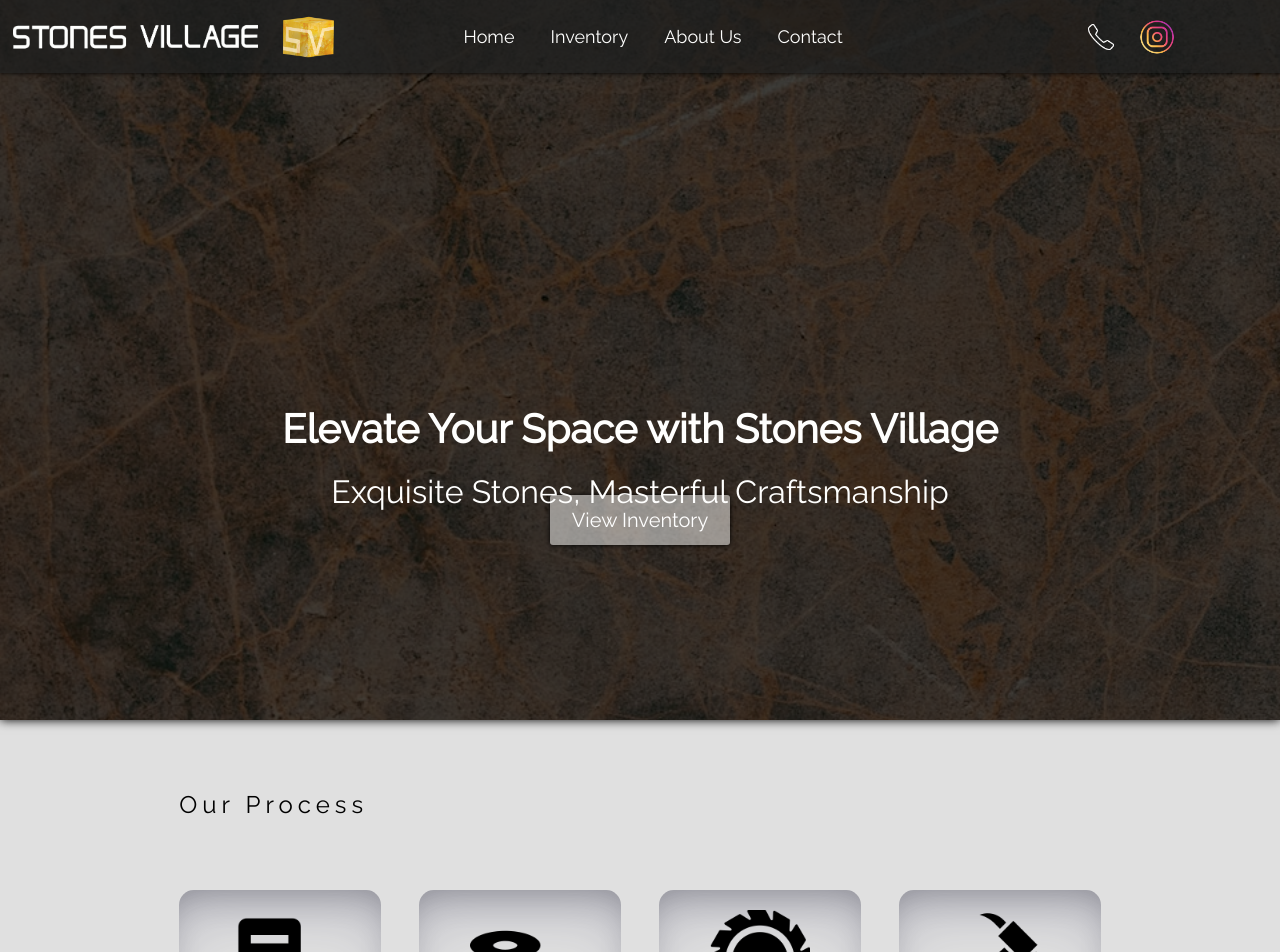
Repository: shayanabedi98/Stones-Village
Page: index.html
These files come from the project's save history. The page is drawn as it stood at one moment and after the next save; the edit follows.
The browser window is 1280 px wide. The pictures show the part of the page from y = 0 to 952 px (the page is 3252 px tall).
A picture or video elsewhere on the page could not be fetched, so the positions and the page height are approximate.

Above is the page before, as saved 2023-10-27 00:04:58.

After the next save:
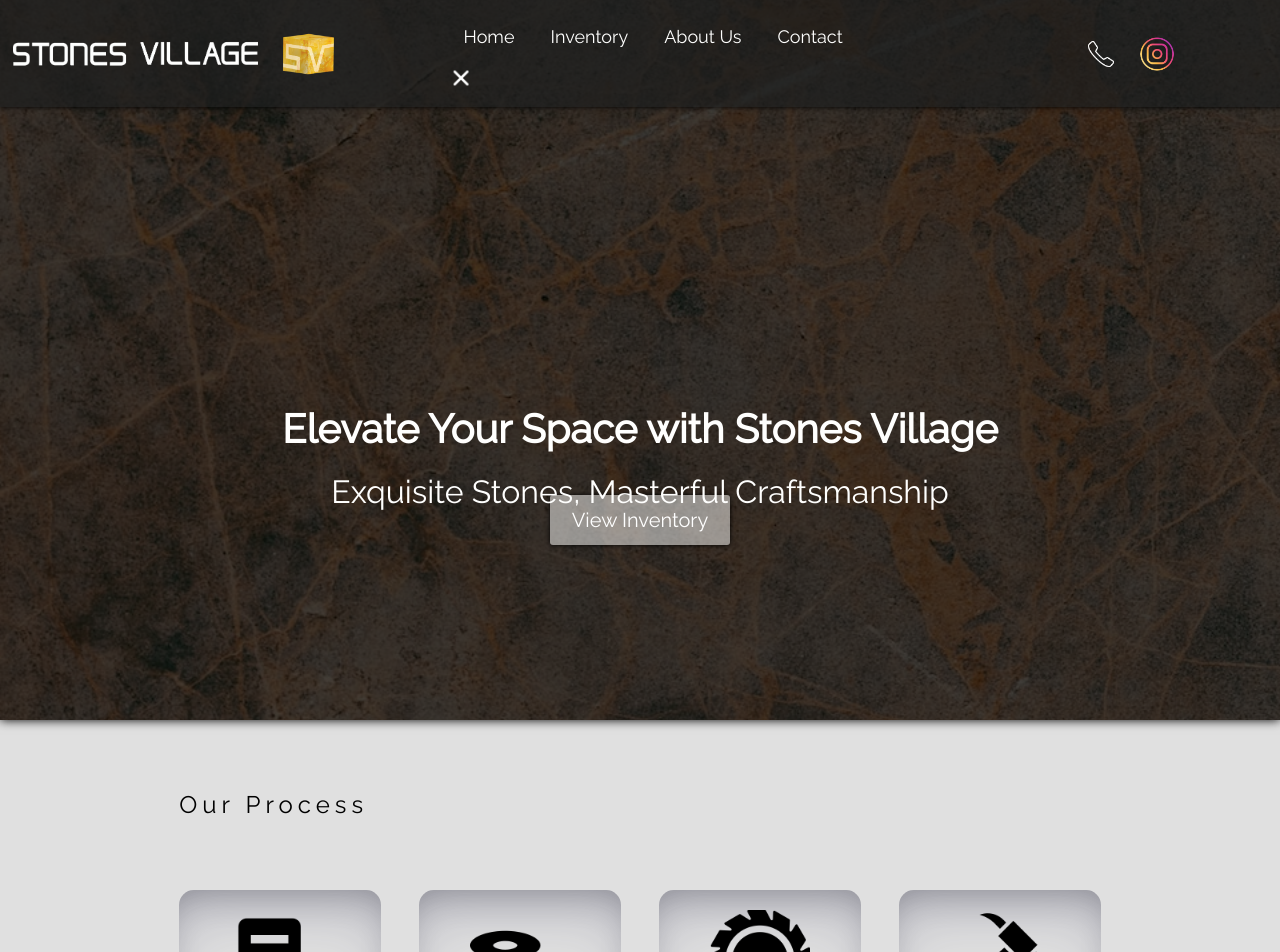
Saved 62 s later.
--- a/index.html
+++ b/index.html
@@ -31,6 +31,9 @@
             <div class="phone-menu-button">
                 <img src="./resources/align-justify-svgrepo-com.png" alt="Menu Button">
             </div>
+            <div class="close-navbar-menu-mobile">
+                <img src="./resources/close-svgrepo-com.png" alt="Close menu button">
+            </div>
         </div>
         <div class="navbar-menu-mobile">
             <ul>
@@ -50,9 +53,6 @@
                         <img src="./resources/iglogo.png" alt="Visit Instagram page">
                     </a>
                 </button>
-            </div>
-            <div class="close-navbar-menu-mobile">
-                <img src="./resources/close-svgrepo-com.png" alt="Close menu button">
             </div>
         </div>
         <div class="navbar-links">
